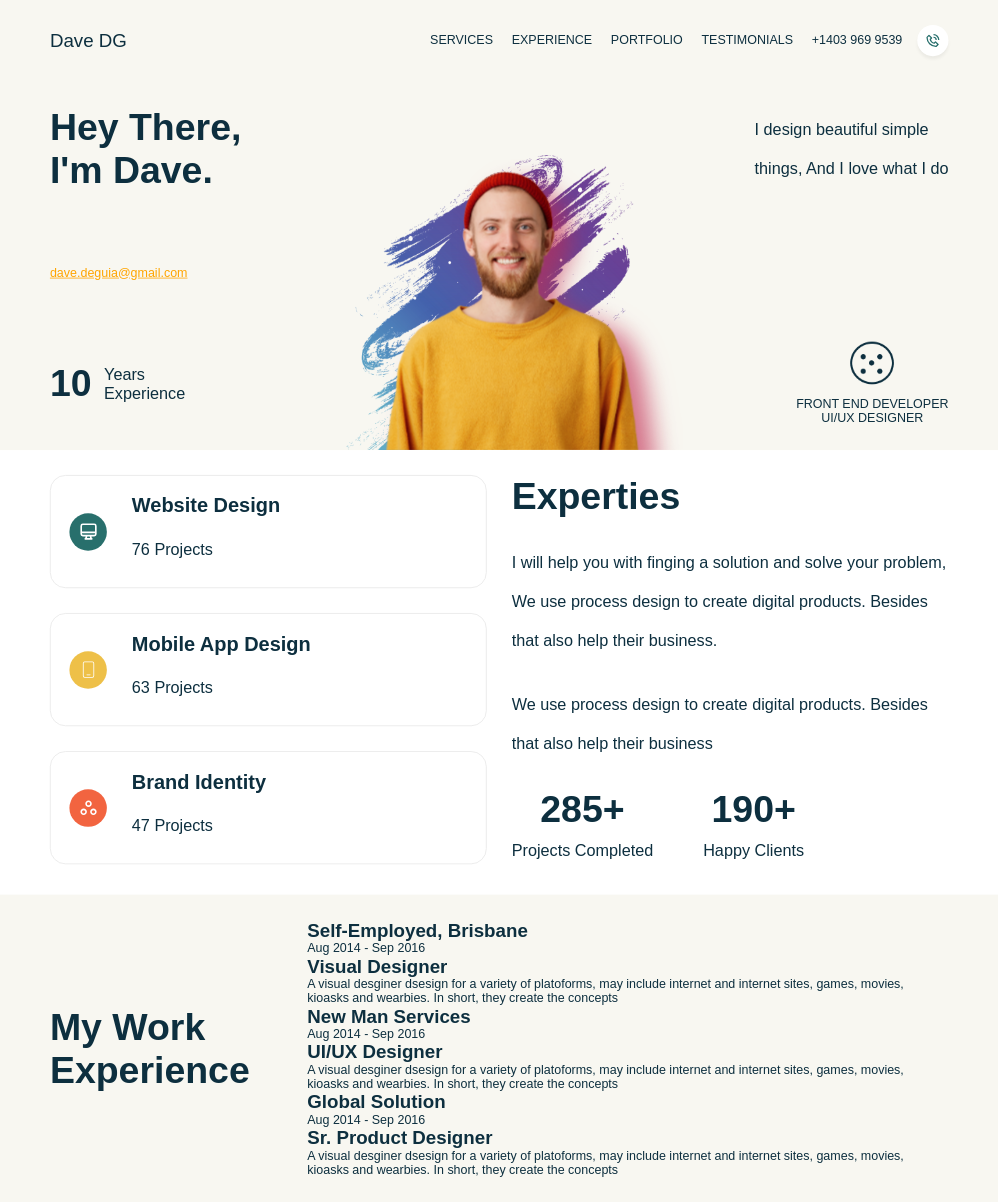
Repository: davedeguia/framer-motion-portfolio
Page: /
These files come from the project's save history. The page is drawn as it stood at one moment and after the next save; the edit follows.
The browser window is 1280 px wide. The pictures show the whole page, at 78% of full size.
Some web fonts or font styles are not loaded; a fallback is used. The project was rebuilt for these pictures with package versions that can differ from the ones it lists, and the page was loaded fresh each time. Also part of the build but not shown: vite.config.js, src/components/Works/Works.module.scss.

Above is the page before, as saved 2023-02-10 17:24:22.

### index.html
<!DOCTYPE html>
<html lang="en">
  <head>
    <meta charset="UTF-8" />
    <link rel="icon" type="image/svg+xml" href="/vite.svg" />
    <meta name="viewport" content="width=device-width, initial-scale=1.0" />
    <link rel="stylesheet" href="https://stijndv.com/fonts/Eudoxus-Sans.css" />
      <title>Dave DG</title>
  </head>
  <body>
    <div id="root"></div>
    <script type="module" src="/src/main.jsx"></script>
  </body>
</html>

### src/main.jsx
import React from 'react'
import ReactDOM from 'react-dom/client'
import App from './App'
import './styles/index.css'
import './styles/global.scss'

ReactDOM.createRoot(document.getElementById('root')).render(
  <React.StrictMode>
    <App />
  </React.StrictMode>
)

### src/App.jsx
import Experties from './components/Experties/Experties'
import Header from './components/Header/Header'
import Hero from './components/Hero/Hero'
import Works from './components/Works/Works'
import css from './styles/app.module.scss'

const App = () => {
  return (
    <div className={`bg-primary ${css.container}`}>
      <Header />
      <Hero />
      <Experties />
      <Works />
    </div>
  )
}

export default App

### src/styles/index.css
* {
    margin: 0;
    padding: 0;
    box-sizing: border-box;
    scroll-behavior: smooth;
    font-family: "Eudoxus Sans", sans-serif;
  }

### src/styles/global.scss
@import './constants.scss';

.bg-primary {
  background: #F8F7F1;
}

.innerWidth {
  @media (min-width: $xxl) {
    max-width: 1280px;
    margin: auto;
  }

  width: 100%;
}

.paddings {
  @media (min-width: $sm) {
    padding: 4rem;
  }


  @media (min-width: $xl),
  (min-width: $md) {
    padding-top: 2rem;
    padding-bottom: 2rem;
  }

  padding-left: 1.5rem;
  padding-right: 1.5rem;
  padding-top: 1.5rem;
  padding-bottom: 1.5rem;
}



.xPaddings {
  @media (min-width: $sm) {
    padding-left: 4rem;
    padding-right: 4rem;
  }

  padding-left: 1.5rem;
  /* 24px */
  padding-right: 1.5rem;
  /* 24px */
}

.yPaddings {
  @media (min-width: $sm) {
    padding-top: 4rem;
    padding-bottom: 4rem;
  }

  @media (min-width: $xl) {
    padding-top: 2rem;
    padding-bottom: 2rem;
  }

  padding-top: 3rem;
  padding-bottom: 3rem;
}

.topPaddings {
  @media (min-width : $sm) {
    padding-top: 4rem;
  }

  @media (min-width: $xl) {
    padding-top: 2rem;
  }

  padding-top: 3rem;
}


.bottomPaddings {
  @media (min-width : $sm) {
    padding-bottom: 4rem;
  }

  @media (min-width: $xl) {
    padding-bottom: 2rem;
  }

  padding-bottom: 3rem;
}


.flexCenter {
  display: flex;
  justify-content: center;
  align-items: center;
}

.flexStart {
  display: flex;
  justify-content: start;
  align-items: center;
}

.flexEnd {
  display: flex;
  justify-items: end;
}

.primaryText {
  @media (max-width: $sm) {
    font-size: 2.5rem;
  }
  font-size: 3rem;
  font-weight: bold;
}

.secondaryText {
  @media (max-width: $sm) {
    font-size: 1.1rem;
    line-height: 40px;
  }
  line-height: 50px;
  font-size: 1.3rem;
  font-weight: 500
}
.anchor {
  display: block;
  position: relative;
  top: -100px;
  visibility: hidden;
}

### src/components/Experties/Experties.jsx
import React from 'react'
import css from './Experties.module.scss'
import { projectExperience, WhatDoIHelp } from '../../utils/data'
import { motion } from 'framer-motion'
import { fadeIn, staggerContainer, textVariant } from '../../utils/motion.js'

const Experties = () => {
  return (
    <motion.section
      variants={staggerContainer}
      initial='hidden'
      whileInView='show'
      viewport={{ once: false, amount: 0.25 }}
      className={css.wrapper}
    >
      <div
        className={`paddings yPaddings flexCenter innerWidth ${css.container}`}
      >
        <div className={css.leftSide}>
          {projectExperience.map((exp, i) => {
            return (
              <motion.div
                variants={fadeIn('right', 'tween', (i + 1) * 0.2, 1)}
                className={css.exp}
                key={i}
              >
                <div className='flexCenter' style={{ background: exp.bg }}>
                  <exp.icon size={25} color='white' />
                </div>

                <div>
                  <span>{exp.name}</span>
                  <span className='secondaryText'>{exp.projects} Projects</span>
                </div>
              </motion.div>
            )
          })}
        </div>
        <motion.div variants={textVariant(0.5)} className={css.rightSide}>
          <span className='primaryText'>Experties </span>
          {WhatDoIHelp.map((paragraph, i) => {
            return (
              <span className='secondaryText' key={i}>
                {paragraph}
              </span>
            )
          })}

          <div className={`flexCenter ${css.stats}`}>
            <div className={`flexCenter ${css.stat}`}>
              <span className='primaryText'>285+</span>
              <span className='secondaryText'>Projects Completed</span>
            </div>

            <div className={`flexCenter ${css.stat}`}>
              <span className='primaryText'>190+</span>
              <span className='secondaryText'>Happy Clients</span>
            </div>
          </div>
        </motion.div>
      </div>
    </motion.section>
  )
}

export default Experties

### src/components/Header/Header.jsx
import React, { useState } from 'react'
import css from './Header.module.scss'
import { BiMenuAltRight, BiPhoneCall } from 'react-icons/bi'
import { motion } from 'framer-motion'
import { getMenuStyles, headerVariants } from '../../utils/motion'
import useHeaderShadow from '../../hooks/useHeaderShadow'

const Header = () => {
  const [menuOpened, setMenuOpened] = useState(false)
  const headerShadow = useHeaderShadow()
  return (
    <motion.div
      initial='hidden'
      whileInView='show'
      variants={headerVariants}
      viewport={{ once: false, amount: 0.25 }}
      className={`paddings ${css.wrapper}`}
      style={{ boxShadow: headerShadow }}
    >
      <div className={`flexCenter innerWidth ${css.container}`}>
        <div className={css.name}>Dave DG</div>
        <ul
          style={getMenuStyles(menuOpened)}
          className={`flexCenter ${css.menu}`}
        >
          <li>
            <a href=''>Services</a>
          </li>

          <li>
            <a href=''>Experience</a>
          </li>

          <li>
            <a href=''>Portfolio</a>
          </li>

          <li>
            <a href=''>Testimonials</a>
          </li>

          <li className={`flexCenter ${css.phone}`}>
            <p>+1403 969 9539</p>
            <BiPhoneCall size={'40px'} />
          </li>
        </ul>
        {/* for medium and small screens */}
        <div
          className={css.menuIcon}
          onClick={() => setMenuOpened((prev) => !prev)}
        >
          <BiMenuAltRight size={30} />
        </div>
      </div>
    </motion.div>
  )
}

export default Header

### src/components/Hero/Hero.jsx
import React from 'react'
import css from './Hero.module.scss'
import { motion } from 'framer-motion'
import { fadeIn, slideIn, staggerContainer } from '../../utils/motion'

const Hero = () => {
  return (
    <section className={`paddings ${css.wrapper}`}>
      <motion.div
        variants={staggerContainer}
        initial='hidden'
        whileInView='show'
        viewport={{ once: false, amount: 0.25 }}
        className={`innerWidth ${css.container}`}
      >
        {/* upper elements */}
        <div className={css.upperElements}>
          <motion.span
            variants={fadeIn('right', 'tween', 0.2, 1)}
            className='primaryText'
          >
            Hey There, <br /> I'm Dave.
          </motion.span>
          <motion.span
            variants={fadeIn('left', 'tween', 0.4, 1)}
            className='secondaryText'
          >
            I design beautiful simple <br /> things, And I love what I do
          </motion.span>
        </div>

        {/* person image */}
        <motion.div
          variants={fadeIn('up', 'tween', 0.3, 1)}
          className={css.person}
        >
          <motion.img
            variants={slideIn('up', 'tween', 0.5, 1.3)}
            src='./person.png'
            alt=''
          />
        </motion.div>

        {/* email */}
        <a className={css.email} href='mailto:dave.deguia@gmail.com'>
          dave.deguia@gmail.com
        </a>

        {/* lower elements */}
        <div className={css.lowerElements}>
          <div className={css.experience}>
            <div className='primaryText'>10</div>
            <div className='secondaryText'>
              <div>Years</div>
              <div>Experience</div>
            </div>
          </div>
          <div className={css.certificate}>
            <img src='./certificate.png' alt='' />
            <span>FRONT END DEVELOPER</span>
            <span>UI/UX DESIGNER</span>
          </div>
        </div>
      </motion.div>
    </section>
  )
}

export default Hero

### src/components/Works/Works.jsx
import React from 'react'
import css from './Works.module.scss'
import { motion } from 'framer-motion'
import { staggerChildren } from '../../utils/motion.js'
import { workExp } from '../../utils/data'

const Works = () => {
  return (
    <motion.section
      variants={staggerChildren}
      initial='hidden'
      whileInView='show'
      viewport={{ once: false, amount: 0.25 }}
      className={`paddings ${css.wrapper}`}
    >
      <div className={`flexCenter innerWidth ${css.container}`}>
        <span className='primaryText yPaddings'>My Work Experience</span>
        <div className={css.experiences}>
          {workExp.map((exp, i) => {
            return (
              <div className={css.exp} key={i}>
                <div className={css.post}>
                  <h1>{exp.place}</h1>
                  <p>{exp.tenure}</p>
                </div>
                <div className={css.role}>
                  <h1>{exp.role}</h1>
                  <p>{exp.detail}</p>
                </div>
              </div>
            )
          })}
        </div>
      </div>
    </motion.section>
  )
}

export default Works

### src/styles/app.module.scss
@import './constants.scss';

.container{
    overflow-x: clip;
    position: relative;
    color: $primary;

}

### src/components/Experties/Experties.module.scss
@import './../../styles/constants.scss';

.wrapper {
    background: white;

    .container {
        align-items: flex-start;
        gap: 2rem;
        flex-wrap: wrap;
        >div {
            flex: 1;
        }

        .leftSide {
            display: flex;
            flex-direction: column;
            gap: 2rem;

            .exp {
                display: flex;
                align-items: center;
                border: 1px solid $secondary-white;
                border-radius: 20px;
                padding: 1.5rem;
                gap: 2rem;
                transition: all 200ms ease-out;

                &hover {
                    cursor: pointer;
                    box-shadow: 0px 21px 13px rgba(0, 0, 0, 0.04);
                }

                //icon circles
                >:nth-child(1) {
                    padding: 10px;
                    width: 3rem;
                    height: 3rem;
                    border-radius: 999px;
                }

                //description
                >:nth-child(2) {
                    display: flex;
                    flex-direction: column;
                    gap: 1rem;

                    >:nth-child(1) {
                        font-size: 1.6rem;
                        font-weight: bold;
                    }
                }

            }
        }

        .rightSide {
            @media (max-width: $sm) {
                text-align: center;
            }
            display: flex;
            flex-direction: column;
            gap: 2rem;

            .stats {
                justify-content: flex-start;
                gap: 4rem;

                .stat {
                    flex-direction: column;
                    justify-content: flex-start;
                }
            }
        }
    }
}

### src/utils/motion.js
export const headerVariants = {
  hidden: {
    opacity: 0,
    y: -50,
    transition: {
      type: 'spring',
      stiffness: 300,
      damping: 140,
    },
  },
  show: {
    opacity: 1,
    y: 0,
    transition: {
      type: 'spring',
      stiffness: 80,
      delay: 1,
    },
  },
}

export const slideIn = (direction, type, delay, duration) => ({
  hidden: {
    x: direction === 'left' ? '-100%' : direction === 'right' ? '100%' : 0,
    y: direction === 'up' ? '100%' : direction === 'down' ? '100%' : 0,
  },
  show: {
    x: 0,
    y: 0,
    transition: {
      type,
      delay,
      duration,
      ease: 'easeOut',
    },
  },
})

export const staggerContainer = (staggerChildren, delayChildren) => ({
  hidden: {},
  show: {
    transition: {
      staggerChildren,
      delayChildren,
    },
  },
})

export const textVariant = (delay) => ({
  hidden: {
    y: 50,
    opacity: 0,
  },
  show: {
    y: 0,
    opacity: 1,
    transition: {
      type: 'spring',
      duration: 1.25,
      delay,
    },
  },
})

export const textVariant2 = {
  hidden: {
    opacity: 0,
    y: 20,
  },
  show: {
    opacity: 1,
    y: 0,
    transition: {
      type: 'tween',
      ease: 'easeIn',
    },
  },
}

export const fadeIn = (direction, type, delay, duration) => ({
  hidden: {
    x: direction === 'left' ? 100 : direction === 'right' ? -100 : 0,
    y: direction === 'up' ? 100 : direction === 'down' ? -100 : 0,
    opacity: 0,
  },
  show: {
    x: 0,
    y: 0,
    opacity: 1,
    transition: {
      type,
      delay,
      duration,
      ease: 'easeOut',
    },
  },
})

export const zoomIn = (delay, duration) => ({
  hidden: {
    scale: 0,
    opacity: 0,
  },
  show: {
    scale: 1,
    opacity: 1,
    transition: {
      type: 'tween',
      delay,
      duration,
      ease: 'easeOut',
    },
  },
})

export const footerVariants = {
  hidden: {
    opacity: 0,
    y: 50,
    transition: {
      type: 'spring',
      stiffness: 300,
      damping: 140,
    },
  },
  show: {
    opacity: 1,
    y: 0,
    transition: {
      type: 'spring',
      stiffness: 80,
      delay: 0.5,
    },
  },
}

export const staggerChildren = {
  hidden: { opacity: 0 },
  show: {
    opacity: 1,
    transition: {
      staggerChildren: 0.5,
    },
  },
}

export const getMenuStyles = (menuOpened) => {
  if (document.documentElement.clientWidth <= 640) {
    return { right: !menuOpened && '-100%' }
  }
}

### src/components/Header/Header.module.scss
@import './../../styles/constants.scss';

.wrapper {
    position: relative;
    z-index: 99;
    opacity: 1;
    transform: none;
    position: sticky;
    top: 0px;
    transition: all 300ms ease;

    .container {
        position: relative;
        justify-content: space-between;
        font-weight: 500;

        .name {
            font-size: 1.5rem;
            font-weight: 500;
        }

        .menu {

            @media (max-width: $sm),
            (max-width: $md) {
                position: absolute;
                list-style: none;
                gap: 2rem;
                font-weight: 500;
                flex-direction: column;
                right: 0;
                top: 3rem;
                height: calc(100vh - 6.3rem);
                width: 50%;
                min-width: 15rem;
                background: white;
                padding: 2rem;
                display: flex;
                border-radius: 10px;
                transition: all 200ms ease;
                align-items: flex-start;
                padding: 3rem;
                justify-content: flex-start;
                box-shadow: 0px 4px 4px rgba(0, 0, 0, 0.05);
            }

            text-transform: uppercase;
            font-size: 1rem;
            list-style: none;
            gap: 1.5rem;
            cursor: pointer;

            li {
                a {
                    color: inherit;
                    text-decoration: none;
                }

                &:hover {
                    color: $secondary;
                }
            }

            .phone {
                gap: 1.2rem;
                flex-wrap: wrap;

                svg {
                    color: $secondary;
                    background-color: white;
                    padding: 10px;
                    border-radius: 999px;
                    box-shadow: 0px 4px 4px rgba(0, 0, 0, 0.05);
                }
            }
        }



        .menuIcon {

            @media (max-width: $sm),
            (max-width: $md) {
                display: block;
            }

            display: none;
        }
    }
}

### src/components/Hero/Hero.module.scss
@import './../../styles/constants.scss';

.wrapper {
    overflow: hidden;

    .container {
        position: relative;
        z-index: 1;

        .upperElements {
            @media (max-width: $sm) {
                justify-content: center;
                text-align: center;
                gap: 2rem;
            }
            display: flex;
            align-items: center;
            justify-content: space-between;
            flex-wrap: wrap;
        }

        .lowerElements {
            @media (max-width: $sm), (max-width: $md) {
                margin-top: 4rem;
                gap: 2rem;
                justify-content: center;
            }
            margin-top: 12rem;
            display: flex;
            flex-wrap: wrap;
            justify-content: space-between;

            .experience {
                display: flex;
                align-items: center;
                gap: 1rem;

                >:nth-child(2) {
                    line-height: 25px;
                }
            }

            .certificate {
                display: flex;
                flex-direction: column;
                align-items: center;

                img {
                    margin-bottom: 1rem;
                    width: 3.5rem;
                }
            }
        }

        .person {
            @media (max-width: $sm), (max-width: $md) {
                position: relative;
                left: 0;
                background-size: 20rem;
                display: flex;
                align-items: center;
                justify-content: center;
                background-position: bottom;
            }
            position: absolute;
            bottom: -2rem;
            margin: auto;
            background-image: url('../splash.png');
            background-repeat: no-repeat;
            background-size: 23rem;
            left: 33%;

            img {
                @media (max-width: $sm) {
                    width: 23rem;
                }
                margin-bottom: -5px;
            }
        }

        .email {
            @media (max-width: $sm) {
                position: relative;
                display: none;
            }
            position: absolute;
            top: 50%;
            color: orange;
            left: 0;
        }
    }
}

Loaded but not shown: src/styles/constants.scss (common file); src/hooks/useHeaderShadow.jsx (common file); src/utils/data.js (156 lines, source omitted)

After the next save:
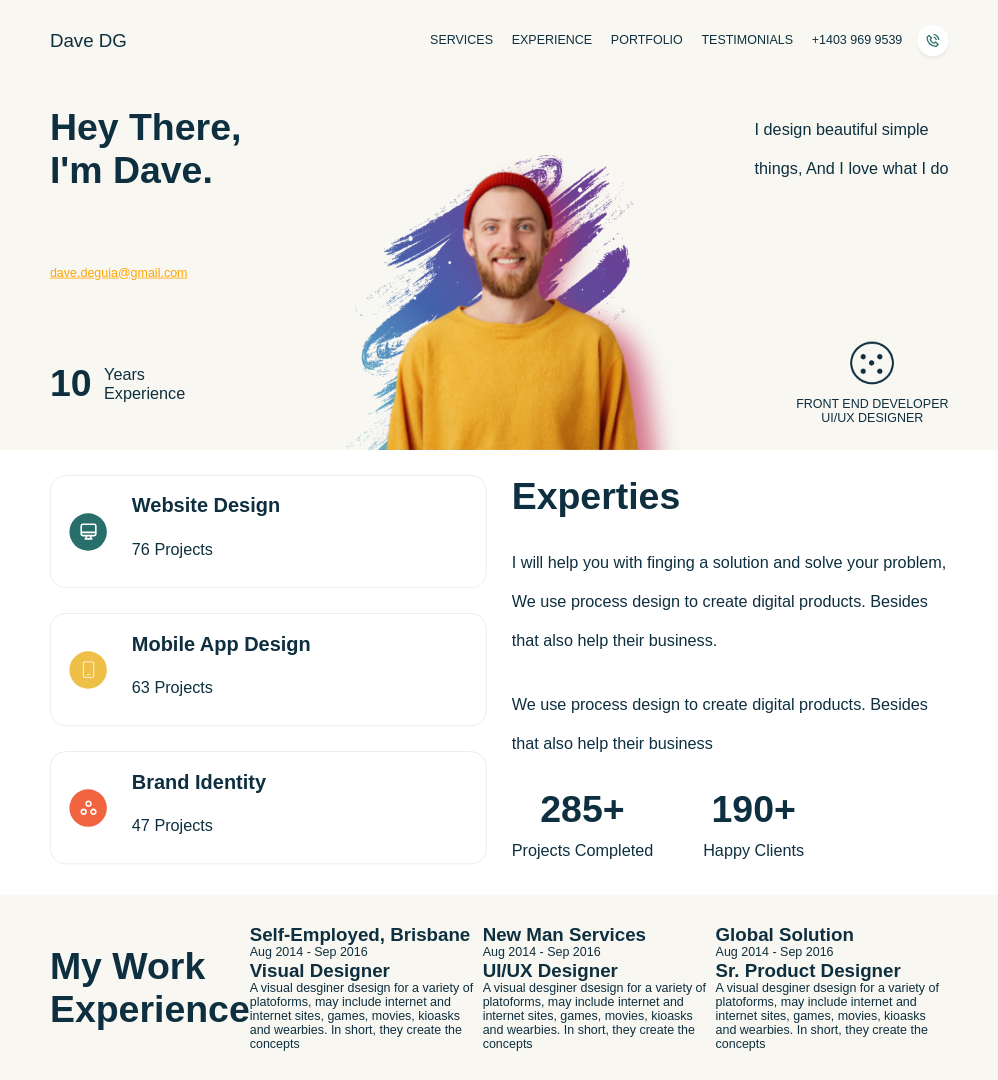
Saved 2 min 2 s later.
--- a/src/components/Works/Works.jsx
+++ b/src/components/Works/Works.jsx
@@ -15,7 +15,7 @@ const Works = () => {
     >
       <div className={`flexCenter innerWidth ${css.container}`}>
         <span className='primaryText yPaddings'>My Work Experience</span>
-        <div className={css.experiences}>
+        <div className={`flexCenter ${css.experiences}`}>
           {workExp.map((exp, i) => {
             return (
               <div className={css.exp} key={i}>
